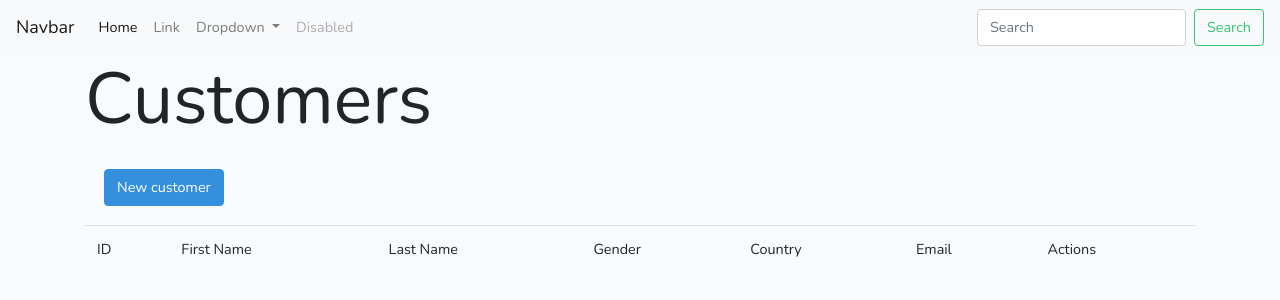
Repository: GilmarBrito/kcsit
Page: http://localhost/customers
The author's editor kept a copy of each file at every save. The page is drawn from the files as they stood at one save, then again after the next save.
The browser window is 1280 px wide. The pictures show the whole page.
The page is served by the project's Laravel application, run on PHP 8.4 with Laravel 8. Style sheets and scripts are compiled from the project's sources, by tool versions that may differ from the author's. Queries for data that is not in the repository find no rows.

Above is the page before, as saved 2020-03-08 15:09:27.

After the next save:
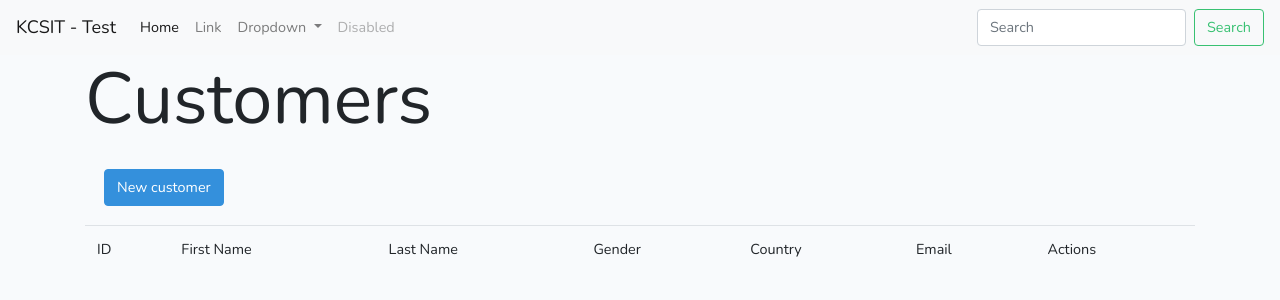
Saved 2 min 26 s later.
--- a/resources/views/base.blade.php
+++ b/resources/views/base.blade.php
@@ -8,7 +8,7 @@
 </head>
 <body>
 <nav class="navbar navbar-expand-lg navbar-light bg-light">
-  <a class="navbar-brand" href="#">Navbar</a>
+  <a class="navbar-brand" href="#">{{ config('app.name') }}</a>
   <button class="navbar-toggler" type="button" data-toggle="collapse" data-target="#navbarSupportedContent" aria-controls="navbarSupportedContent" aria-expanded="false" aria-label="Toggle navigation">
     <span class="navbar-toggler-icon"></span>
   </button>

After the save that followed:
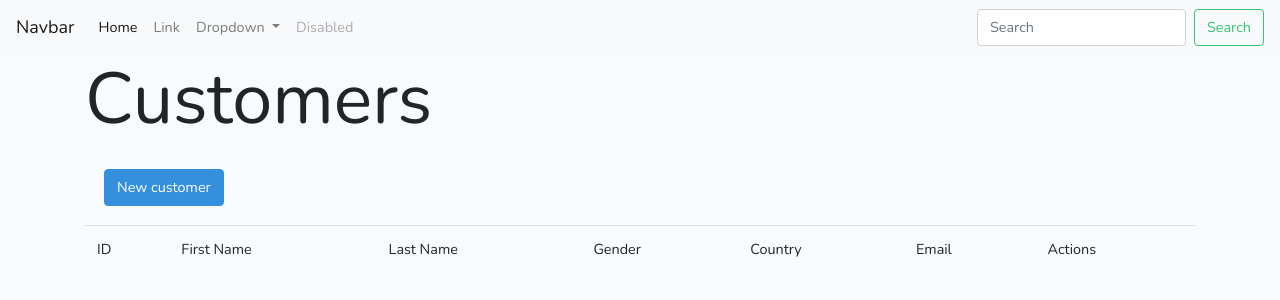
Saved 12 s later.
--- a/resources/views/base.blade.php
+++ b/resources/views/base.blade.php
@@ -8,7 +8,7 @@
 </head>
 <body>
 <nav class="navbar navbar-expand-lg navbar-light bg-light">
-  <a class="navbar-brand" href="#">{{ config('app.name') }}</a>
+  <a class="navbar-brand" href="#">Navbar</a>
   <button class="navbar-toggler" type="button" data-toggle="collapse" data-target="#navbarSupportedContent" aria-controls="navbarSupportedContent" aria-expanded="false" aria-label="Toggle navigation">
     <span class="navbar-toggler-icon"></span>
   </button>
